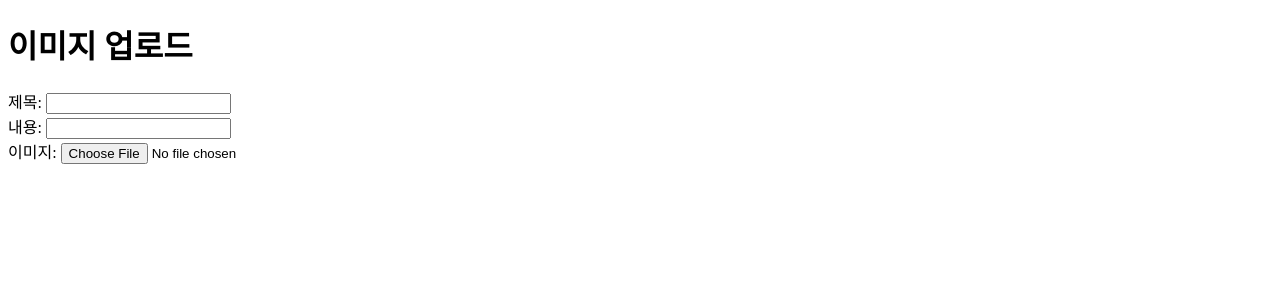
Repository: ExiNni/Travel-Project
Page: http://localhost/image/upload.jsp
An editor plug-in stored every save of this project. The page is shown before and after a run of saves, followed by the edit.
The browser window is 1280 px wide. The pictures show the whole page.
The page is served by Tomcat 9.

Above is the page before, as saved 2023-11-10 00:19:03.

After the next 2 saves:
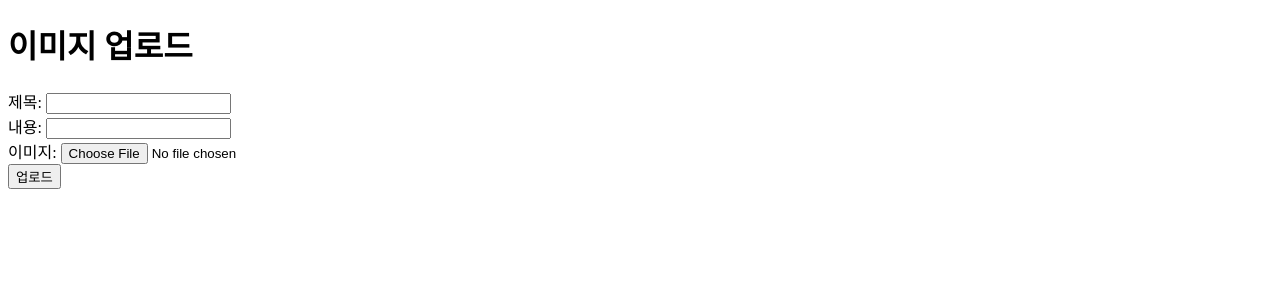
The 2 saves are shown as one change because they came seconds apart.
The last was saved 16 s later.
--- a/image/src/main/webapp/upload.jsp
+++ b/image/src/main/webapp/upload.jsp
@@ -16,6 +16,7 @@
 
 	<label for="image">이미지: </label>
 	<input type="file" name="image" id="image"><br>
+	<button type="submit">업로드</button>
 
 </form>
 </body>
